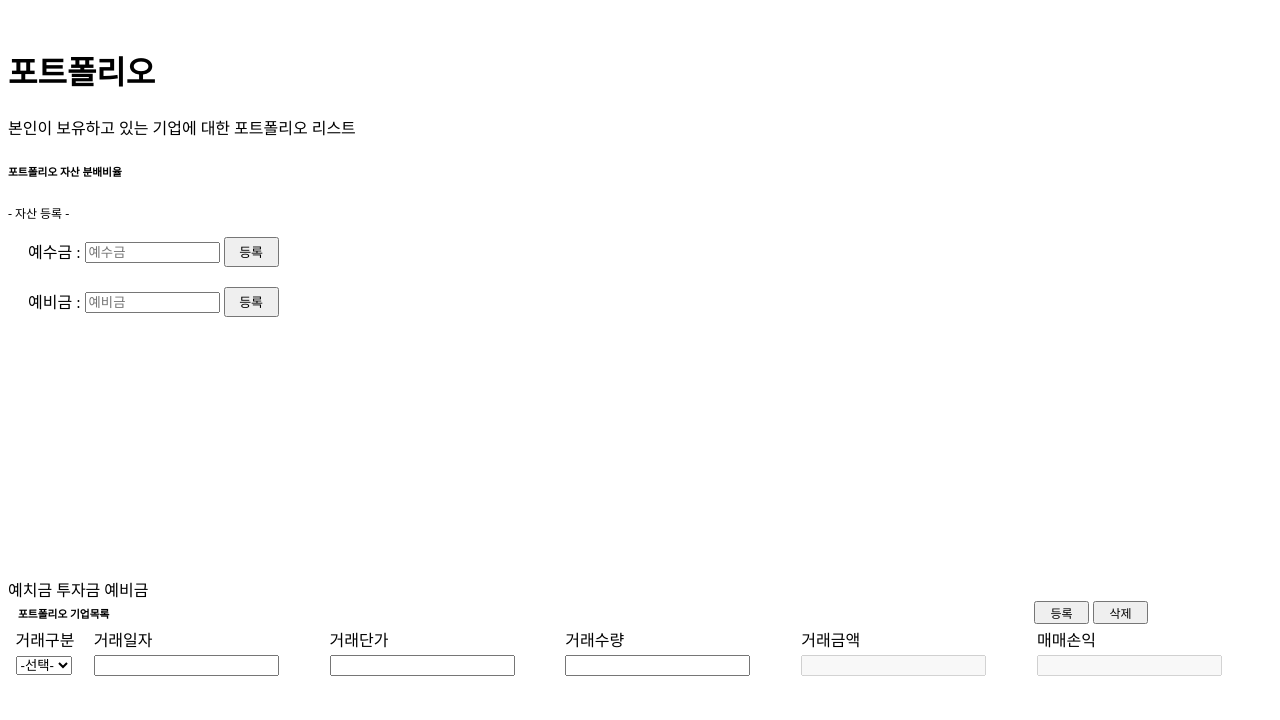
Repository: bangProgram/PJT_Finance
Page: http://localhost/Finance/WEB-INF/views/portfolio/portfolioDetail.jsp
These files come from the project's save history. The page is drawn as it stood at one moment and after the next save; the edit follows.
The browser window is 1280 px wide. The pictures show the whole page.
The page is served by Tomcat 9. Nobody is signed in. The template is opened directly, without the code that normally fills it, so the values that code supplies are empty.

Above is the page before, as saved 2022-11-16 05:22:18.

After the next save:
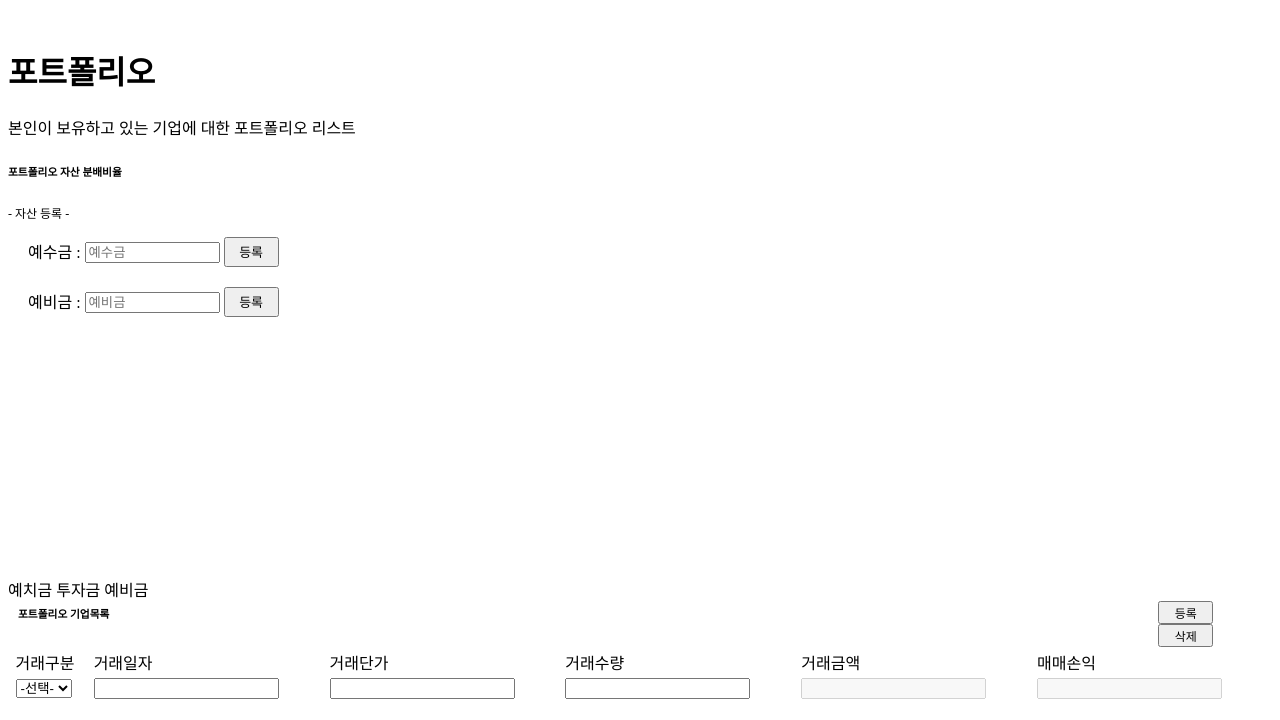
Saved 32 s later.
--- a/Finance/src/main/webapp/WEB-INF/views/portfolio/portfolioDetail.jsp
+++ b/Finance/src/main/webapp/WEB-INF/views/portfolio/portfolioDetail.jsp
@@ -106,7 +106,7 @@
 	<!-- DataTales Example -->
     <div class="card shadow mb-4">
         <div class="card-header py-3" id="dataTables" style="display: table;">
-            <h6 class="m-0 font-weight-bold text-primary" style="display: table-cell; width: 90%; padding-left: 10px;">포트폴리오 기업목록</h6>
+            <h6 class="m-0 font-weight-bold text-primary" style="display: table-cell; width: 91%; padding-left: 10px;">포트폴리오 기업목록</h6>
             <div >
 				<button class="dt-button buttons-excel buttons-html5 btn btn-outline-primary excelBtn" style="width: 55px; font-size: 12px;" tabindex="0" aria-controls="portCorpList" onclick="delPortCorp(); return false;">
 					<span>등록</span>
